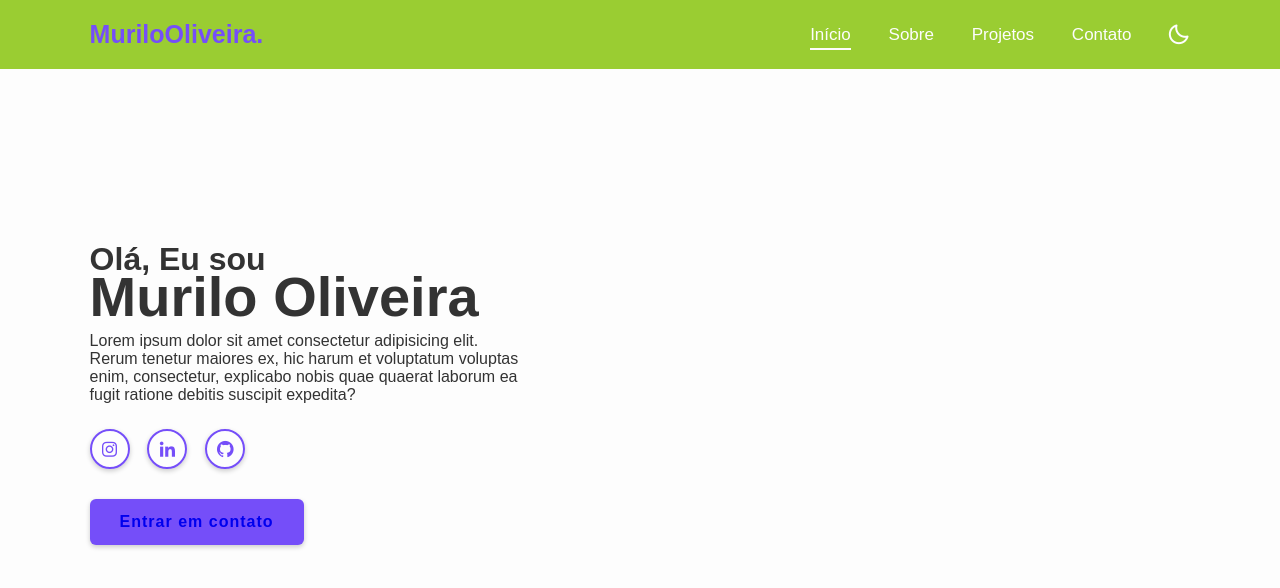
Repository: devMuriloOliveira/Portfolio-
Page: index.html
These files come from the project's save history. The page is drawn as it stood at one moment and after the next save; the edit follows.
The browser window is 1280 px wide. The pictures show the whole page.

Above is the page before, as saved 2023-03-10 16:24:25.

### index.html
<!DOCTYPE html>
<html lang="en">
  <head>
    <meta charset="UTF-8" />
    <meta http-equiv="X-UA-Compatible" content="IE=edge" />
    <meta name="viewport" content="width=device-width, initial-scale=1.0" />
    <title>Murilo Oliveira</title>

    <!--box icons-->
    <link
      href="https://unpkg.com/boxicons@2.1.4/css/boxicons.min.css"
      rel="stylesheet"
    />

    <!--font-->
    <link
      rel="stylesheet"
      href="https://fonts.googleapis.com/css2?family=Material+Symbols+Outlined:opsz,wght,FILL,GRAD@20..48,100..700,0..1,-50..200"
    />

    <!--css-->
    <link rel="stylesheet" href="style.css" />
  </head>
  <body>
    <header class="header">
      <a class="logo" href="#">Murilo<span>Oliveira</span>.</a>

      <nav class="navbar">
        <a href="#inicio" class="active">Início</a>
        <a href="#sobre">Sobre</a>
        <a href="#projetos">Projetos</a>
        <a href="#contato">Contato</a>
      </nav>

      <div class="bx bx bx-moon" id="darkMode-icon"></div>
    </header>

    <section class="inicio" id="inicio">
      <div class="inicio-content">
        <h3>Olá, Eu sou</h3>
        <h1>Murilo Oliveira</h1>
        <p>
          Lorem ipsum dolor sit amet consectetur adipisicing elit. Rerum tenetur
          maiores ex, hic harum et voluptatum voluptas enim, consectetur,
          explicabo nobis quae quaerat laborum ea fugit ratione debitis suscipit
          expedita?
        </p>

        <div class="social-media">
          <a href="#"><i class="bx bxl-instagram"></i></a>
          <a href="#"><i class="bx bxl-linkedin"></i></a>
          <a href="#"><i class="bx bxl-github"></i></a>
        </div>

        <a href="#" class="btn">Entrar em contato</a>
      </div>
    </section>
    <script src="js/script.js"></script>
  </body>
</html>

### style.css
*{
  margin: 0;
  padding: 0;
  box-sizing: border-box;
  text-decoration: none;
  border: none;
  outline: none;
  scroll-behavior: smooth;
  font-family: 'Poppins', sans-serif;
}

:root{
  --bg-color: #fdfdfd;
  --text-color: #333;
  --main-color: #754ef9;
  --white-color: #fdfdfd;
  --shadow-color: rgba(0, 0, 0, .2);
}

html{
  font-size: 62.5%;
  overflow-x: hidden;
}

body{
  background: var(--bg-color);
  color: var(--text-color);
}

.header{
  position: fixed;
  top: 0;
  left: 0;
  width: 100%;
  padding: 2rem 7%;
  background: yellowgreen;
  display: flex;
  align-items: center;
  z-index: 100;
}

.logo{
  font-size: 2.5rem;
  color: var(--main-color);
  font-weight: 600;
  cursor: default;
  margin-right: auto;
}

.navbar a{
  position: relative;
  font-size: 1.7rem;
  color: var(--white-color);
  font-weight: 500;
  margin-right: 3.5rem;
}

.navbar a.active::before{
  content: '';
  position: absolute;
  left: 0;
  bottom: -6px;
  width: 100%;
  height: .2rem;
  background: var(--white-color);
}

#darkMode-icon{
  font-size: 2.4rem;
  color: var(--white-color);
  cursor: pointer;
}

section{
  min-height: 100vh;
  padding: 10rem 7% 2rem;
}

.inicio{
  display: flex;
  align-items: center;
}

.inicio .inicio-content{
  max-width: 44rem;
}

.inicio-content h3{
  font-size: 3.2rem;
  font-weight: 700;
  line-height: .3;
}

.inicio-content h1{
  font-size: 5.6rem;
  font-weight: 700;
  margin-bottom: .3rem;
}

.inicio-content p{
  font-size: 1.6rem;
}

.inicio-content .social-media a{
  display: inline-flex;
  justify-content: center;
  align-items: center;
  width: 4rem;
  height: 4rem;
  background: transparent;
  border: .2rem solid var(--main-color);
  border-radius: 50%;
  box-shadow: 0 .2rem .5rem var(--shadow-color);
  font-size: 2rem;
  color: var(--main-color);
  margin: 2.5rem 1.5rem 3rem 0;
  transition: .5s ease;
}

.inicio-content .social-media a:hover{
  background: var(--main-color);
  color: var(--white-color);
}

.btn{
  display: inline-block;
  padding: 1.2rem 2.8rem;
  background: var(--main-color);
  border-radius: .6rem;
  box-shadow: 0 .2rem .5rem var(--shadow-color);
  font-size: 1.6rem;
  letter-spacing: .1rem;
  font-weight: 600;
  border: .2rem solid transparent;
  transition: .5s ease;
}

.btn:hover{
  background: transparent;
  color: var(--main-color);
  border-color: var(--main-color);
}

Loaded but not shown: js/script.js (no stored copy; drawn as an empty file)

After the next save:
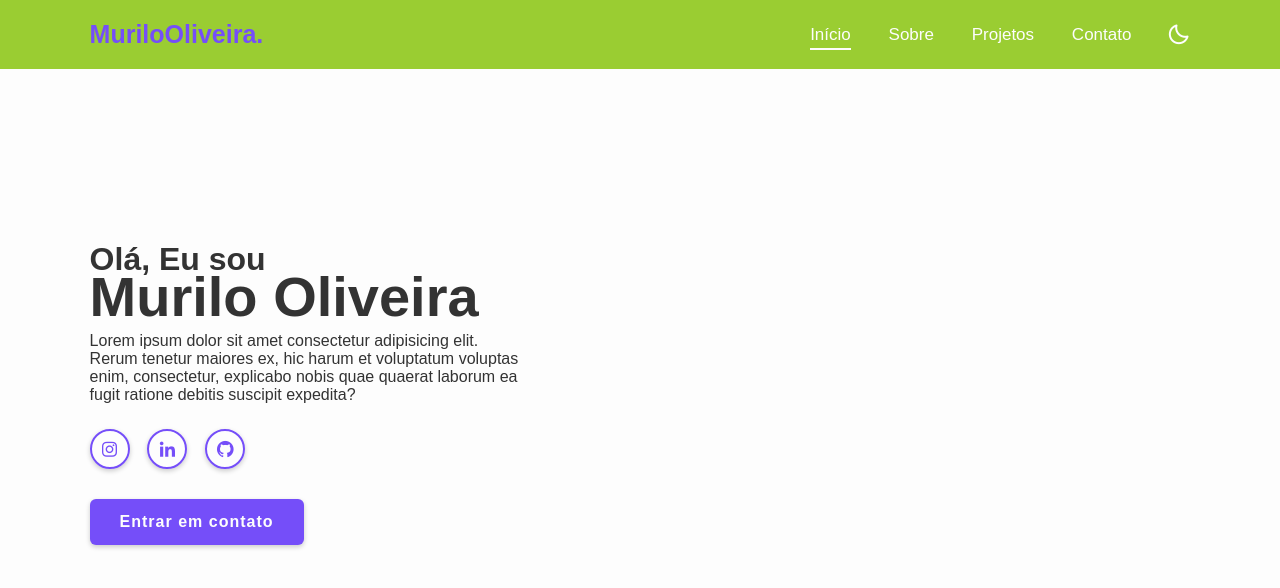
Saved 22 h 23 min later.
--- a/style.css
+++ b/style.css
@@ -129,6 +129,7 @@ section{
   border-radius: .6rem;
   box-shadow: 0 .2rem .5rem var(--shadow-color);
   font-size: 1.6rem;
+  color: var(--white-color);
   letter-spacing: .1rem;
   font-weight: 600;
   border: .2rem solid transparent;
